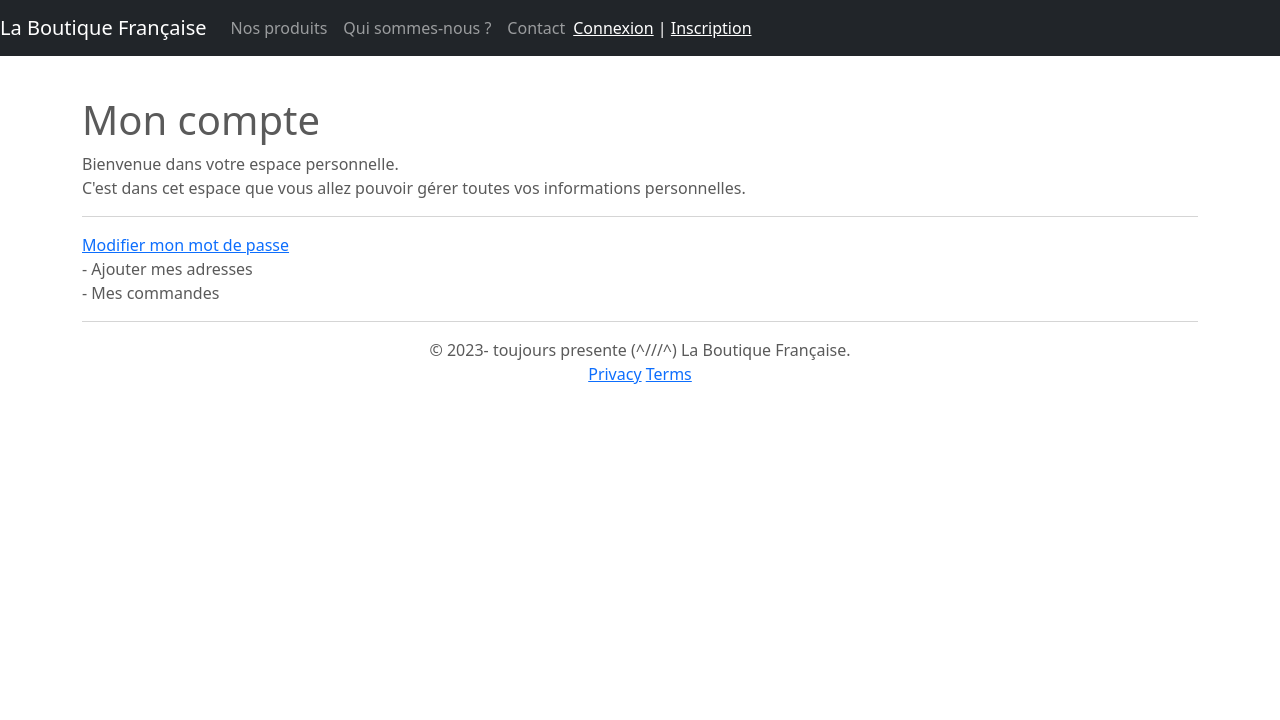
Repository: Coulibaly00180/laboutiquefrancaise
Page: templates/account/index.html.twig
An editor plug-in stored every save of this project. The page is shown before and after the next save, followed by the edit.
The browser window is 1280 px wide. The pictures show the whole page.
The page is a Twig template of a Symfony application; nobody is signed in and links lead nowhere. The template is opened directly, without the code that normally fills it, so the values that code supplies are empty.

Above is the page before, as saved 2023-03-03 17:57:41.

After the next save:
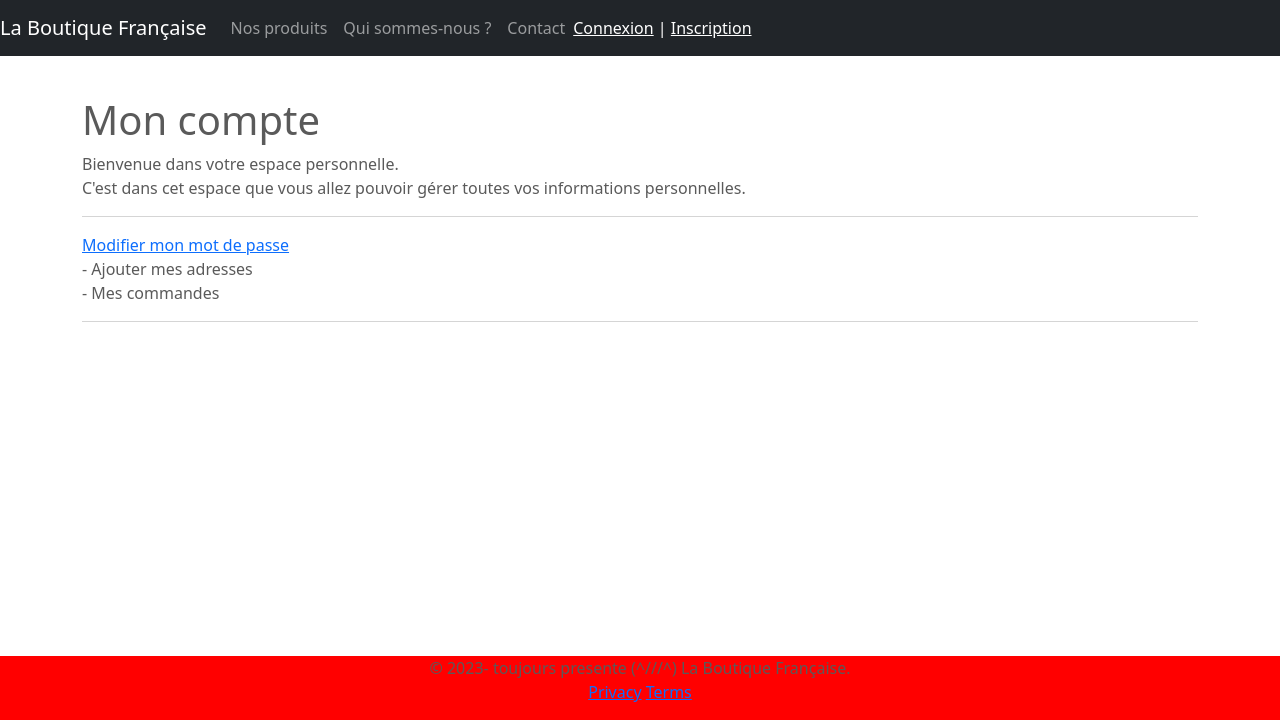
Saved 14 s later.
--- a/public/assets/css/style.css
+++ b/public/assets/css/style.css
@@ -4,7 +4,8 @@
 
 .footer-custom{
     text-align: center;
-    position: inherit;
+    position: absolute;
     bottom: 0;
     width: 100%;
+    background-color: red;
 }
